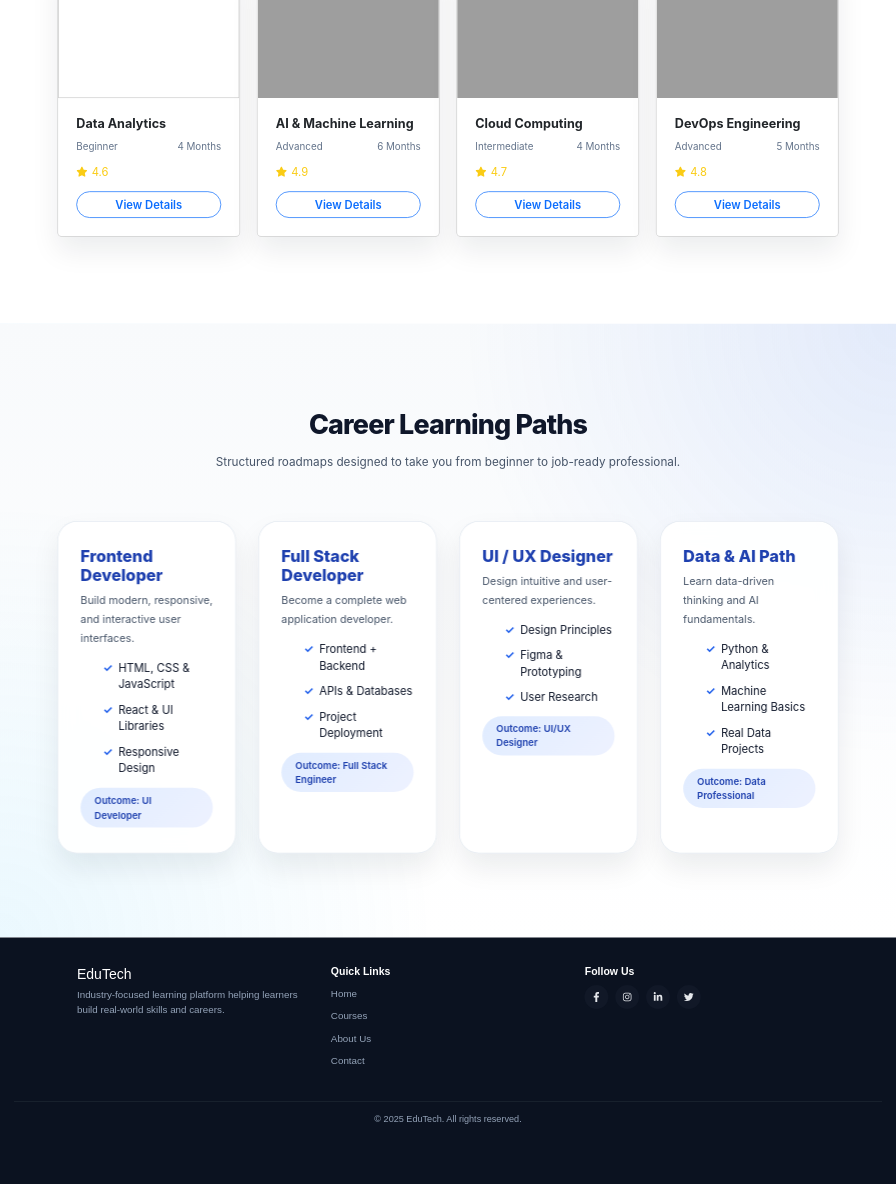
Repository: Aswin74k/project-2
Page: /
The author's editor kept a copy of each file at every save. The page is drawn from the files as they stood at one save, then again after the next save.
The browser window is 1280 px wide. The pictures show the part of the page from y = 1736 to 3656 px (the page is 3428 px tall before and 3656 px after), at 70% of full size.
Pictures or frames that could not be fetched are drawn as grey boxes. The project was rebuilt for these pictures with package versions that can differ from the ones it lists, and the page was loaded fresh each time. Also part of the build but not shown: vite.config.js, src/project/course.css, src/project/Course.jsx, src/project/About.css, src/project/About.jsx, src/project/Enroll.css, src/project/Enroll.jsx, src/project/contact.css and 2 more.

Above is the page before, as saved 2025-12-25 16:35:08.

### src/main.jsx
import React from "react";
import ReactDOM from "react-dom/client";
import { BrowserRouter } from "react-router-dom";
import App from "./project/App";
import { AuthProvider } from "./context/AuthContext"; // ✅ ADD THIS
import "bootstrap/dist/css/bootstrap.min.css";

ReactDOM.createRoot(document.getElementById("root")).render(
  <React.StrictMode>
    <BrowserRouter>
      <AuthProvider>
        <App />
      </AuthProvider>
    </BrowserRouter>
  </React.StrictMode>
);

### src/project/App.jsx
import React from "react";
import { Routes, Route } from "react-router-dom";

import EduNavbar from "./EduNavbar";
import Home from "./Home";
import Course from "./Course";
import About from "./About";
import Enroll from "./Enroll";
import Contact from "./Contact";
import Footer from "./Footer";
import ProtectedRoute from "./ProtectedRoute";

export default function App() {
  return (
    <>
      <EduNavbar />

      <Routes>
        <Route path="/" element={<Home />} />
        <Route path="/courses/:id" element={<Course />} />
        <Route path="/about" element={<About />} />
        <Route path="/Contact" element={<Contact />} />


        <Route
          path="/enroll"
          element={
            <ProtectedRoute>
              <Enroll />
            </ProtectedRoute>
          }
        />
      </Routes>
      <Footer/>
    </>
  );
}

### src/context/AuthContext.jsx
import { createContext, useContext, useState, useEffect } from "react";

const AuthContext = createContext();

export function AuthProvider({ children }) {
  const [user, setUser] = useState(null);
  const [loading, setLoading] = useState(true);

  useEffect(() => {
    const savedUser = JSON.parse(
      localStorage.getItem("loggedInUser")
    );
    if (savedUser) setUser(savedUser);
    setLoading(false);
  }, []);

  const login = (email, password) => {
    const users =
      JSON.parse(localStorage.getItem("registeredUsers")) || [];

    const foundUser = users.find(
      (u) => u.email === email && u.password === password
    );

    if (!foundUser) {
      return { success: false, message: "Invalid email or password" };
    }

    localStorage.setItem(
      "loggedInUser",
      JSON.stringify(foundUser)
    );
    setUser(foundUser);

    return {
      success: true,
      message: `Welcome back, ${foundUser.firstName}`,
    };
  };

  const signup = (data) => {
    const users =
      JSON.parse(localStorage.getItem("registeredUsers")) || [];

    if (users.some((u) => u.email === data.email)) {
      return {
        success: false,
        message: "User already exists with this email!",
      };
    }

    users.push(data);
    localStorage.setItem(
      "registeredUsers",
      JSON.stringify(users)
    );

    localStorage.setItem(
      "loggedInUser",
      JSON.stringify(data)
    );
    setUser(data);

    return {
      success: true,
      message: "Account created successfully",
    };
  };

  const logout = () => {
    localStorage.removeItem("loggedInUser");
    setUser(null);
  };

  return (
    <AuthContext.Provider
      value={{ user, login, signup, logout, loading }}
    >
      {children}
    </AuthContext.Provider>
  );
}

export const useAuth = () => useContext(AuthContext);

### src/project/Home.jsx
import React from "react";
import { Container, Row, Col, Card } from "react-bootstrap";
import { Link } from "react-router-dom";
import {
  FaGraduationCap,
  FaUsers,
  FaChalkboardTeacher,
  FaBriefcase,
  FaStar,
} from "react-icons/fa";
import "./Home.css";

export default function Home() {
  const courses = [
    {
      id: "fullstack",
      title: "Full Stack Development",
      level: "Beginner",
      duration: "6 Months",
      rating: "4.8",
      img: "https://encrypted-tbn0.gstatic.com/images?q=tbn:ANd9GcQPaNXGBezXv5c0v_XSQ6pqOScRBb2ShM3IWg&s",
    },
    {
      id: "mern",
      title: "MERN Stack Development",
      level: "Intermediate",
      duration: "5 Months",
      rating: "4.7",
      img: "https://images.prismic.io/loco-blogs/79328284-f97b-489f-924c-eb3b17e34b56_image2.png",
    },
    {
      id: "uiux",
      title: "UI / UX Design",
      level: "Beginner",
      duration: "4 Months",
      rating: "4.6",
      img: "https://www.almondsolutions.com/images/blog-ui-ux-150223.jpg",
    },
    {
      id: "datascience",
      title: "Data Science",
      level: "Advanced",
      duration: "6 Months",
      rating: "4.9",
      img: "https://bernardmarr.com/wp-content/uploads/2022/11/The-Top-5-Data-Science-And-Analytics-Trends-In-2023.jpg",
    },
    {
      id: "dataanalytics",
      title: "Data Analytics",
      level: "Beginner",
      duration: "4 Months",
      rating: "4.6",
      img: "https://blog.herzing.ca/hubfs/data%20analytics.jpg",
    },
    {
      id: "aiml",
      title: "AI & Machine Learning",
      level: "Advanced",
      duration: "6 Months",
      rating: "4.9",
      img: "https://www.jellyfishtechnologies.com/wp-content/uploads/2021/10/Artificial-Intelligence-versus-Machine-Learning.png",
    },
    {
      id: "cloud",
      title: "Cloud Computing",
      level: "Intermediate",
      duration: "4 Months",
      rating: "4.7",
      img: "https://bernardmarr.com/img/The%205%20Biggest%20Cloud%20Computing%20Trends%20In%202021.jpg",
    },
    {
      id: "devops",
      title: "DevOps Engineering",
      level: "Advanced",
      duration: "5 Months",
      rating: "4.8",
      img: "https://www.itrainu.in/wp-content/uploads/2021/03/DEVOPS-1.jpg",
    },
  ];

  return (
    <div className="home">
      <section className="hero-section">
        <Container>
          <div className="hero-content">
            <h1>
              Learn Future-Ready Skills with <span>EduTech</span>
            </h1>
            <p>
              Industry-aligned courses, real-world projects, and expert mentors
              to accelerate your career.
            </p>

            <div className="hero-actions">

              <Link to="/about" className="btn btn-outline-light btn-lg">
                Learn More
              </Link>
            </div>
          </div>
        </Container>
      </section>

     {/* STATS */}
<section className="stats-section">
  <Container>
    <Row className="g-4">
      <Col xs={12} sm={6} lg={3}>
        <div className="stat-box">
          <FaUsers />
          <h3>25K+</h3>
          <p>Active Learners</p>
        </div>
      </Col>

      <Col xs={12} sm={6} lg={3}>
        <div className="stat-box">
          <FaGraduationCap />
          <h3>8+</h3>
          <p>Industry-Focused Courses</p>
        </div>
      </Col>

      <Col xs={12} sm={6} lg={3}>
        <div className="stat-box">
          <FaChalkboardTeacher />
          <h3>50+</h3>
          <p>Expert Mentors</p>
        </div>
      </Col>

      <Col xs={12} sm={6} lg={3}>
        <div className="stat-box">
          <FaBriefcase />
          <h3>100+</h3>
          <p>Real-World Projects</p>
        </div>
      </Col>
    </Row>
  </Container>
</section>


      <section className="courses-section">
        <Container>
          <h2 className="section-title">Popular Courses</h2>

          <Row>
            {courses.map((course, index) => (
              <Col lg={3} md={4} sm={6} key={index} className="mb-4">
                <Card className="course-card h-100">
                  <Card.Img
                    variant="top"
                    src={course.img}
                    className="course-img"
                  />

                  <Card.Body>
                    <Card.Title>{course.title}</Card.Title>

                    <div className="course-meta">
                      <span>{course.level}</span>
                      <span>{course.duration}</span>
                    </div>

                    <div className="course-rating">
                      <FaStar />
                      <span>{course.rating}</span>
                    </div>

                    <Link
                      to={`/courses/${course.id}`}
                      className="btn btn-outline-primary w-100 mt-3"
                    >
                      View Details
                    </Link>
                  </Card.Body>
                </Card>
              </Col>
            ))}
          </Row>
        </Container>
      </section>


<section className="paths-section">
  <div className="container">
    <h2 className="section-title">Career Learning Paths</h2>
    <p className="section-subtitle">
      Structured roadmaps designed to take you from beginner to job-ready professional.
    </p>

    <div className="paths-grid">

      <div className="path-card">
        <h4>Frontend Developer</h4>
        <p>Build modern, responsive, and interactive user interfaces.</p>

        <ul>
          <li>HTML, CSS & JavaScript</li>
          <li>React & UI Libraries</li>
          <li>Responsive Design</li>
        </ul>

        <div className="path-outcome">Outcome: UI Developer</div>
      </div>

      <div className="path-card">
        <h4>Full Stack Developer</h4>
        <p>Become a complete web application developer.</p>

        <ul>
          <li>Frontend + Backend</li>
          <li>APIs & Databases</li>
          <li>Project Deployment</li>
        </ul>

        <div className="path-outcome">Outcome: Full Stack Engineer</div>
      </div>

      <div className="path-card">
        <h4>UI / UX Designer</h4>
        <p>Design intuitive and user-centered experiences.</p>

        <ul>
          <li>Design Principles</li>
          <li>Figma & Prototyping</li>
          <li>User Research</li>
        </ul>

        <div className="path-outcome">Outcome: UI/UX Designer</div>
      </div>

      <div className="path-card">
        <h4>Data & AI Path</h4>
        <p>Learn data-driven thinking and AI fundamentals.</p>

        <ul>
          <li>Python & Analytics</li>
          <li>Machine Learning Basics</li>
          <li>Real Data Projects</li>
        </ul>

        <div className="path-outcome">Outcome: Data Professional</div>
      </div>

    </div>
  </div>
</section>




    </div>
  );
}

### src/project/Footer.jsx
import React from "react";
import { Link } from "react-router-dom";
import { FaFacebookF, FaInstagram, FaLinkedinIn, FaTwitter } from "react-icons/fa";
import "./footer.css";

export default function Footer() {
  return (
    <footer className="footer">
      <div className="footer-container">

        {/* BRAND */}
        <div className="footer-brand">
          <h2>EduTech</h2>
          <p>
            Industry-focused learning platform helping learners build
            real-world skills and careers.
          </p>
        </div>

        {/* QUICK LINKS */}
        <div className="footer-links">
          <h4>Quick Links</h4>
          <ul>
            <li><Link to="/">Home</Link></li>
            <li><Link to="/courses">Courses</Link></li>
            <li><Link to="/about">About Us</Link></li>
            <li><Link to="/contact">Contact</Link></li>
          </ul>
        </div>

        {/* SOCIAL */}
        <div className="footer-social">
          <h4>Follow Us</h4>
          <div className="social-icons">
            <a href="#"><FaFacebookF /></a>
            <a href="#"><FaInstagram /></a>
            <a href="#"><FaLinkedinIn /></a>
            <a href="#"><FaTwitter /></a>
          </div>
        </div>

      </div>

      {/* COPYRIGHT */}
      <div className="footer-bottom">
        © {new Date().getFullYear()} EduTech. All rights reserved.
      </div>
    </footer>
  );
}

### src/project/Navbar.css
/* ================= ROOT VARIABLES ================= */
:root {
  --primary: #111827;
  --primary-soft: rgba(17, 24, 39, 0.08);
  --danger: #ef4444;
  --success: #22c55e;

  --text-dark: #000000;
  --text-muted: #6b7280;

  --border-light: #e5e7eb;
  --bg-white: #ffffff;
}

/* ================= NAVBAR ================= */
.navbar {
  background: var(--bg-white);
  padding: 14px 0;
  border-bottom: 1px solid var(--border-light);
  transition: all 0.3s ease;
  z-index: 1000;
}

.navbar-scrolled {
  box-shadow: 0 10px 30px rgba(0, 0, 0, 0.08);
}

/* ================= BRAND ================= */
.navbar-brand {
  font-size: 1.6rem;
  font-weight: 900;
  color: var(--text-dark) !important;
}

/* ================= NAV LINKS ================= */
.navbar-nav .nav-link {
  color: var(--text-dark) !important;
  font-weight: 600;
  font-size: 0.95rem;
  padding: 8px 14px;
  position: relative;
}

.navbar-nav .nav-link::after {
  content: "";
  position: absolute;
  left: 50%;
  bottom: 2px;
  width: 0;
  height: 2px;
  background: var(--text-dark);
  transform: translateX(-50%);
  transition: width 0.3s ease;
}

.navbar-nav .nav-link:hover::after {
  width: 70%;
}

/* ================= SEARCH ================= */
.custom-search {
  position: relative;
  width: 210px;
}

.custom-search input {
  width: 100%;
  padding: 10px 42px 10px 16px;
  border-radius: 999px;
  border: 1px solid var(--border-light);
  background: #e4e5e6;
  font-size: 0.9rem;
}

.custom-search svg {
  position: absolute;
  right: 14px;
  top: 50%;
  transform: translateY(-50%);
  color: var(--text-muted);
}

/* ================= USER ================= */
.username {
  background: var(--primary-soft);
  color: var(--text-dark);
  padding: 6px 14px;
  border-radius: 999px;
  font-size: 0.85rem;
  font-weight: 600;
}

.user-icon {
  font-size: 22px;
  color: var(--text-dark);
  cursor: pointer;
}

/* ================= LOGOUT ICON ================= */
.logout-icon {
  font-size: 24px;
  color: var(--text-dark);
  cursor: pointer;
}

.logout-icon:hover {
  color: var(--danger);
}

/* ================= MODALS ================= */
.modal-content {
  border-radius: 22px;
  border: none;
  box-shadow: 0 30px 90px rgba(0, 0, 0, 0.25);
  padding: 20px;
}

.modal-header {
  border-bottom: 1px solid var(--border-light);
}

.modal-title {
  font-weight: 700;
}

.modal-body {
  padding: 28px 32px 32px;
}

/* ================= AUTH INPUT (IMAGE MATCHED) ================= */
.auth-input {
  width: 100%;
  height: 56px;
  border-radius: 16px;
  border: 1.5px solid #d1d5db;
  padding: 14px 18px;
  font-size: 1rem;
  margin-bottom: 18px;
  background: #ffffff;
}

.auth-input:focus {
  outline: none;
  border-color: #6366f1;
  box-shadow: 0 0 0 2px rgba(99, 102, 241, 0.25);
}

/* ================= PASSWORD ================= */
.password-wrapper {
  position: relative;
}

.password-wrapper span {
  position: absolute;
  right: 18px;
  top: 40%;
  transform: translateY(-50%);
  font-size: 18px;
  color: var(--text-muted);
  cursor: pointer;
}

/* ================= NAME ROW (SIGNUP) ================= */
.name-row {
  display: grid;
  grid-template-columns: 1fr 1fr;
  gap: 18px;
  margin-bottom: 18px;
}

/* ================= AUTH BUTTON ================= */
.auth-btn {
  width: 100%;
  height: 56px;
  border-radius: 16px;
  background: var(--text-dark);
  border: none;
  color: #fff;
  font-size: 1.05rem;
  font-weight: 600;
  margin-top: 8px;
}

.auth-btn:hover {
  opacity: 0.9;
}

/* ================= AUTH FOOTER ================= */
.auth-footer {
  margin-top: 16px;
  text-align: center;
  font-size: 0.9rem;
  color: var(--text-muted);
}

.auth-footer span {
  color: var(--text-dark);
  font-weight: 600;
  cursor: pointer;
}

/* ================= LOGOUT MODAL ================= */
.logout-modal .logout-icon-wrapper {
  width: 64px;
  height: 64px;
  background: rgba(0, 0, 0, 0.08);
  color: var(--danger);
  border-radius: 50%;
  display: flex;
  align-items: center;
  justify-content: center;
  font-size: 28px;
  margin: 0 auto 16px;
}

.logout-actions {
  display: flex;
  gap: 14px;
  justify-content: center;
}

.logout-cancel {
  padding: 10px 22px;
  border-radius: 14px;
  border: 2px solid var(--text-dark);
  background: transparent;
  font-weight: 600;
}

.logout-confirm {
  padding: 10px 22px;
  border-radius: 14px;
  background: var(--danger);
  border: none;
  color: #fff;
  font-weight: 600;
}

/* ================= MOBILE ================= */
@media (max-width: 768px) {
  .navbar-collapse {
    background: #ffffff;
    padding: 18px;
    border-radius: 16px;
    margin-top: 10px;
  }

  .custom-search {
    width: 100%;
    margin-top: 12px;
  }

  .name-row {
    grid-template-columns: 1fr;
  }
}

/* ================= AUTH MESSAGES (FINAL POLISH) ================= */
.modal-message {
  padding: 14px 18px;
  border-radius: 14px;
  font-size: 0.9rem;
  font-weight: 600;
  text-align: center;
  margin-bottom: 18px;
  line-height: 1.4;
  animation: messageFade 0.25s ease-in-out;
}

/* SUCCESS */
.modal-message.success {
  background: rgba(34, 197, 94, 0.14);
  color: #15803d;
  border: 1.5px solid rgba(34, 197, 94, 0.35);
}

/* ERROR */
.modal-message.error {
  background: rgba(239, 68, 68, 0.14);
  color: #b91c1c;
  border: 1.5px solid rgba(239, 68, 68, 0.35);
}

/* subtle animation */
@keyframes messageFade {
  from {
    opacity: 0;
    transform: translateY(-6px);
  }
  to {
    opacity: 1;
    transform: translateY(0);
  }
}

### src/project/footer.css
.footer {
  background: #0b1220;
  color: #cbd5e1;
  padding-top: 40px;
  font-family: "Poppins", sans-serif;
}

.footer-container {
  max-width: 1100px;
  margin: auto;
  padding: 0 20px 30px;
  display: grid;
  grid-template-columns: repeat(auto-fit, minmax(200px, 1fr));
  gap: 28px;
}

/* BRAND */
.footer-brand h2 {
  color: #ffffff;
  font-size: 20px;
  margin-bottom: 8px;
}

.footer-brand p {
  font-size: 14px;
  line-height: 1.5;
  color: #94a3b8;
}

/* LINKS & SOCIAL TITLES */
.footer-links h4,
.footer-social h4 {
  color: #ffffff;
  font-size: 15px;
  margin-bottom: 10px;
  font-weight: 600;
}

/* LINKS */
.footer-links ul {
  list-style: none;
  padding: 0;
}

.footer-links li {
  margin-bottom: 8px;
}

.footer-links a {
  text-decoration: none;
  color: #94a3b8;
  font-size: 14px;
  transition: color 0.25s ease;
}

.footer-links a:hover {
  color: #0d6efd;
}

/* SOCIAL */
.social-icons {
  display: flex;
  gap: 10px;
}

.social-icons a {
  width: 34px;
  height: 34px;
  background: #111827;
  display: flex;
  align-items: center;
  justify-content: center;
  border-radius: 50%;
  color: #e5e7eb;
  font-size: 14px;
  transition: all 0.25s ease;
}

.social-icons a:hover {
  background: #0d6efd;
  transform: translateY(-2px);
}

/* COPYRIGHT */
.footer-bottom {
  border-top: 1px solid #1f2933;
  text-align: center;
  padding: 14px 10px;
  font-size: 13px;
  color: #94a3b8;
}

/* RESPONSIVE */
@media (max-width: 600px) {
  .footer {
    text-align: center;
  }

  .social-icons {
    justify-content: center;
  }
}

Loaded but not shown: index.html (common file); src/project/EduNavbar.jsx (341 lines, source omitted); src/project/Home.css (316 lines, source omitted)

After the next save:
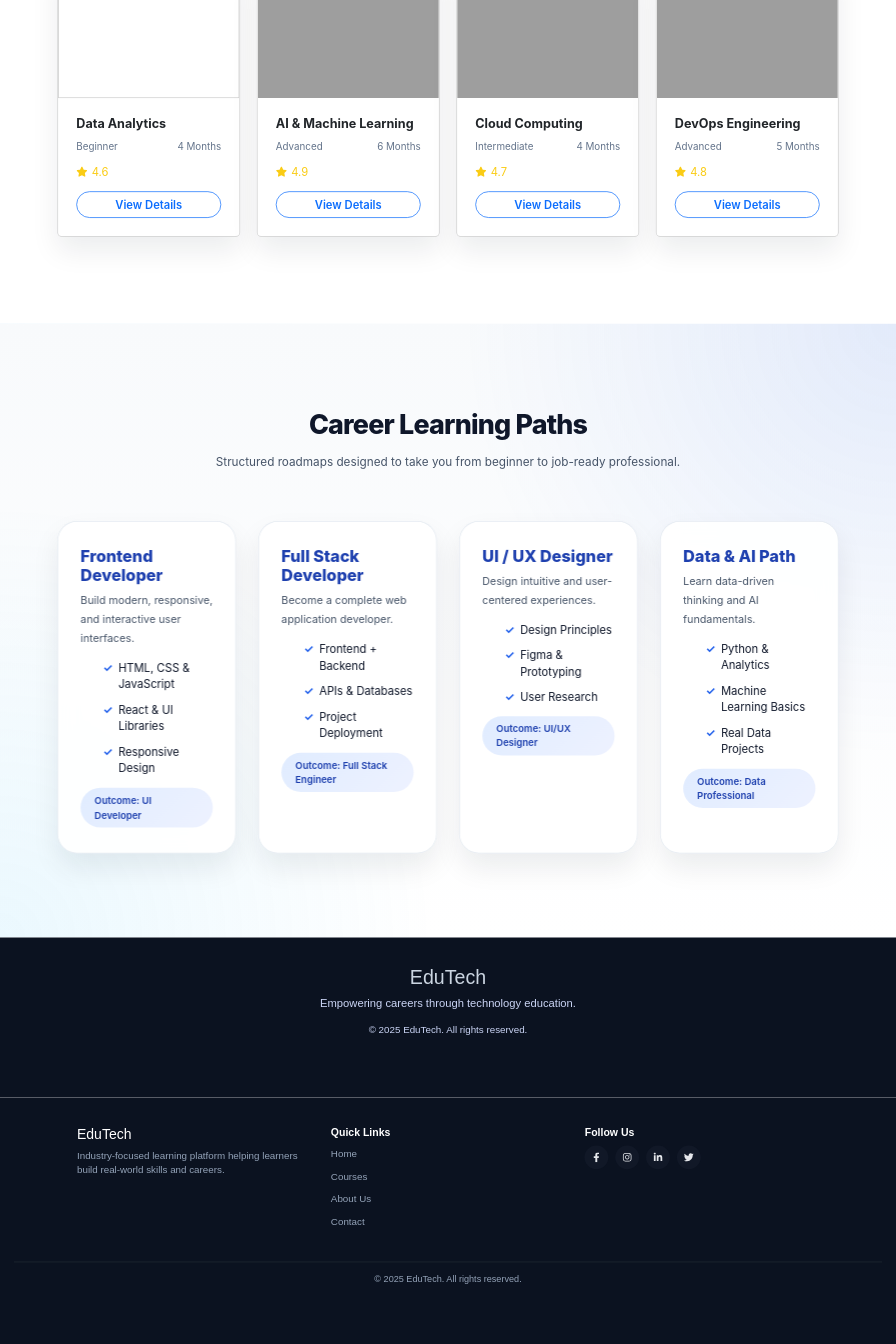
Saved 5 min 7 s later.
--- a/src/project/Home.jsx
+++ b/src/project/Home.jsx
@@ -250,7 +250,15 @@ export default function Home() {
 
 
 
-
+      <footer className="footer">
+        <Container className="text-center">
+          <h3>EduTech</h3>
+          <p>Empowering careers through technology education.</p>
+          <p className="copy">
+            © 2025 EduTech. All rights reserved.
+          </p>
+        </Container>
+      </footer>
     </div>
   );
 }
